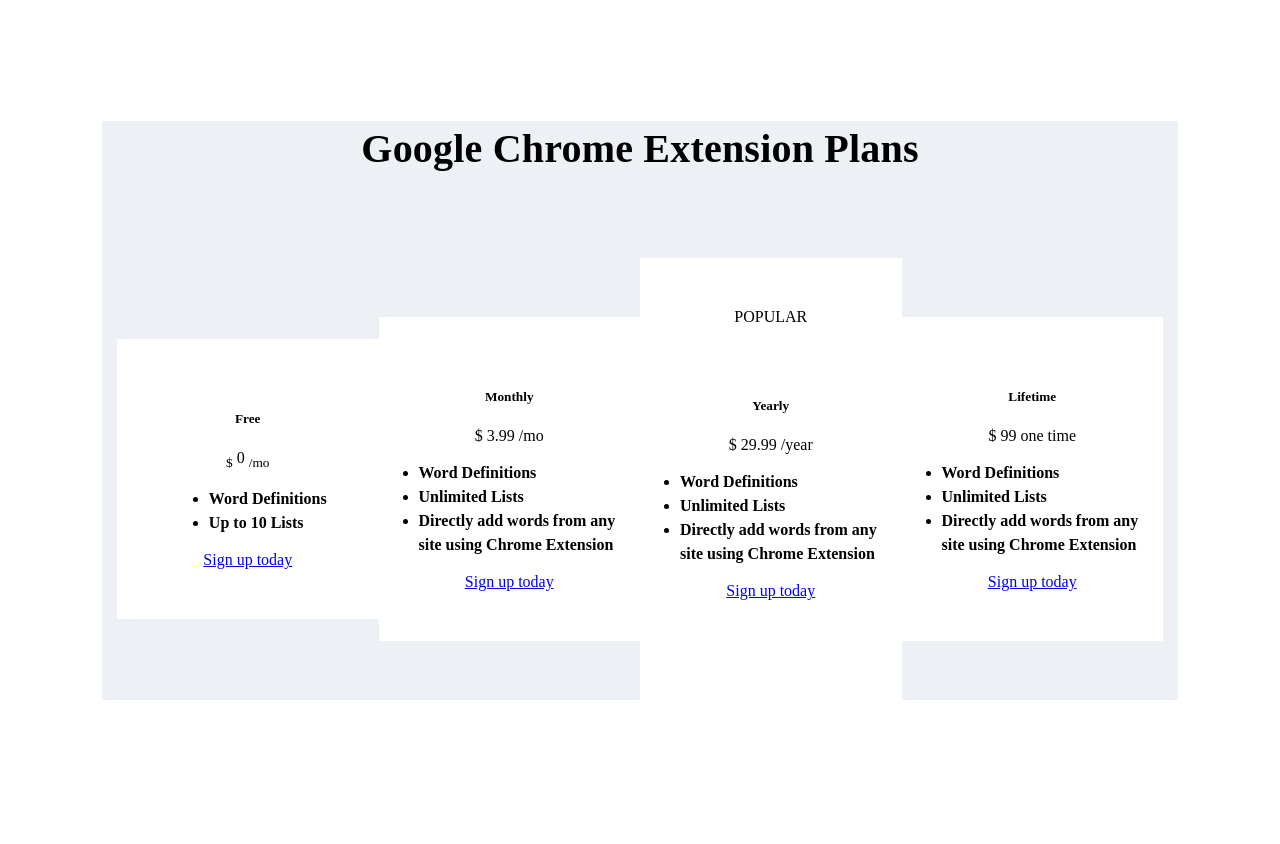
Repository: Novoselets28/chatos-test-task
Page: index.html
These files come from the project's save history. The page is drawn as it stood at one moment and after the next save; the edit follows.
The browser window is 1280 px wide. The pictures show the whole page.

Above is the page before, as saved 2023-04-19 09:27:04.

### index.html
<!DOCTYPE html>
<html lang="en">
<head>
    <meta charset="UTF-8">
    <meta http-equiv="X-UA-Compatible" content="IE=edge">
    <meta name="viewport" content="width=device-width, initial-scale=1.0">
    <link rel="stylesheet" type="text/css" href="index.css" />
    <title>Document</title>
</head>
<body>
    <div class="page__extension extension">
        <div class="extension__container _container">
            <div class="extension__header header-block">
                <h2 class="header-block__title">Google Chrome Extension Plans</h2>
            </div>
            <div class="extension__items">
                <!-- Modern pricing table - Free -->
                <div class="extension__item item-extension">
                        <h5 class="item-extension__title">Free</h5>
                        <div class="item-extension__price price-item">
                            <sub class="price-item__dollar">$</sub>
                            <span class="price-item__number">0</span>
                            <sub class="price-item__label">/mo</sub>
                        </div>
                        <div class="item-extension__points">
                            <ul class="item-extension__point point-list">
                                <li class="point-list__item">
                                    <i class="point-list__icon"></i>
                                        Word Definitions
                                </li>
                                <li class="point-list__item">
                                    <i class="point-list__icon"></i>
                                        Up to 10 Lists
                                </li>
                            </ul>
                        </div>
                        <a href="https://boostvocab.com/register" class="item-extension__button">Sign up today</a>
                </div>
                <!-- END : Modern pricing table - Free -->
                <!-- Modern pricing table - MOnthly -->
                <div class="extension__item item-extension">
                        <h5 class="item-extension__title">Monthly</h5>
                        <div class="item-extension__price price-item">
                            <span class="price-item__dollar">$</span>
                            <span class="price-item__number">3.99</span>
                            <span class="price-item__label">/mo</span>
                        </div>
                        <div class="item-extension__points">
                            <ul class="item-extension__point point-list">
                                <li class="point-list__item">
                                    <i class="point-list__icon"></i>
                                        Word Definitions
                                </li>
                                <li class="point-list__item">
                                    <i class="point-list__icon"></i>
                                        Unlimited Lists
                                </li>
                                <li class="point-list__item">
                                    <i class="point-list__icon"></i>
                                        Directly add words from any site using Chrome Extension
                                </li>
                            </ul>
                        </div>
                        <a target="new" href="https://buy.stripe.com/5kAdRpbLh3k71RS6oo" class="item-extension__button">Sign up today</a>
                </div>
                <!-- END : Modern pricing table - Monthly -->
                <!-- Modern pricing table - Yearly -->
                <div class="extension__item item-extension" style="z-index: 2;">
                        <div class="ribbon"><span>POPULAR</span></div>
                        <div class="extension__item item-extension">
                            <h5 class="item-extension__title">Yearly</h5>
                            <div class="item-extension__price price-item">
                                <span class="price-item__dollar">$</span>
                                <span class="price-item__number">29.99</span>
                                <span class="price-item__label">/year</span>
                            </div>
                            <div class="item-extension__points">
                               <ul class="item-extension__point point-list">
                                    <li class="point-list__item">
                                        <i class="point-list__icon"></i>
                                            Word Definitions
                                    </li>
                                    <li class="point-list__item">
                                        <i class="point-list__icon"></i>
                                            Unlimited Lists
                                    </li>
                                    <li class="point-list__item">
                                        <i class="point-list__icon"></i>
                                            Directly add words from any site using Chrome Extension
                                    </li>
                                </ul>
                            </div>
                            <a target="new" href="https://buy.stripe.com/aEU6oX3eL6wjdAA7st" class="item-extension__button">Sign up today</a>
                        </div>
                </div>
                <!-- END : Modern pricing table - Yearly -->
                <!-- Modern pricing table - Lifetime -->
                <div class="extension__item item-extension">
                        <h5 class="item-extension__title">Lifetime</h5>
                        <div class="item-extension__price price-item">
                            <span class="price-item__dollar">$</span>
                            <span class="price-item__number">99</span>
                            <span class="price-item__label">one time</span>
                        </div>
                        <div class="item-extension__points">
                            <ul class="item-extension__point point-list">
                                <li class="point-list__item">
                                    <i class="point-list__icon"></i>
                                        Word Definitions
                                </li>
                                <li class="point-list__item">
                                    <i class="point-list__icon"></i>
                                        Unlimited Lists
                                </li>
                                <li class="point-list__item">
                                    <i class="point-list__icon"></i>
                                        Directly add words from any site using Chrome Extension
                                </li>
                            </ul>
                        </div>
                        <a target="new" href="https://buy.stripe.com/4gwfZxbLh8Er54428a" class="item-extension__button">Sign up today</a>
                    <!-- END : Modern pricing table - Lifetime -->

                </div>
            </div>
        </div>
    </div>
</body>
</html>

### index.css
.page__extension {

}

.extension{
    padding: 80px 0px 136px 0px;
}

.extension__container{
    background-color: #edf0f5;
}

._container{
    max-width: 1046px;
    padding: 0 15px;
    margin: 0 auto;
    box-sizing: content-box;
}

.extension__header{
    margin: 0 0 80px 0;
}

.header-block{
    text-align: center;
    letter-spacing: 0.2px;
}

.header-block__title{
    font-size: 40px;
    font-weight: 700;
    line-height: 142%;
}

.extension__items{
    display: flex;
    align-items: center;
}

.extension__item{
    flex: 0 1 33.333%;
}

.item-extension{
    display: flex;
    flex-direction: column;
    justify-content: center;
    align-items: center;
    background-color: #fff;
    padding: 50px 0;
}

.item-extension__title{

}

.tem-extension__price{

}

.price-item{

}

.price-item__dollar{

}

.price-item__number{

}

.price-item__label{

}

.item-extension__points{
    display: flex;
    flex-direction: column;
    justify-content: center;
    align-items: center;
}

.item-extension__point{
    color: inherit;
    font-weight: 600;
    line-height: 150%;
    font-size: 16px;
}

.point-list{

}

.point-list__item{

}

.point-list__icon{

}

.item-extension__button{

}

After the next save:
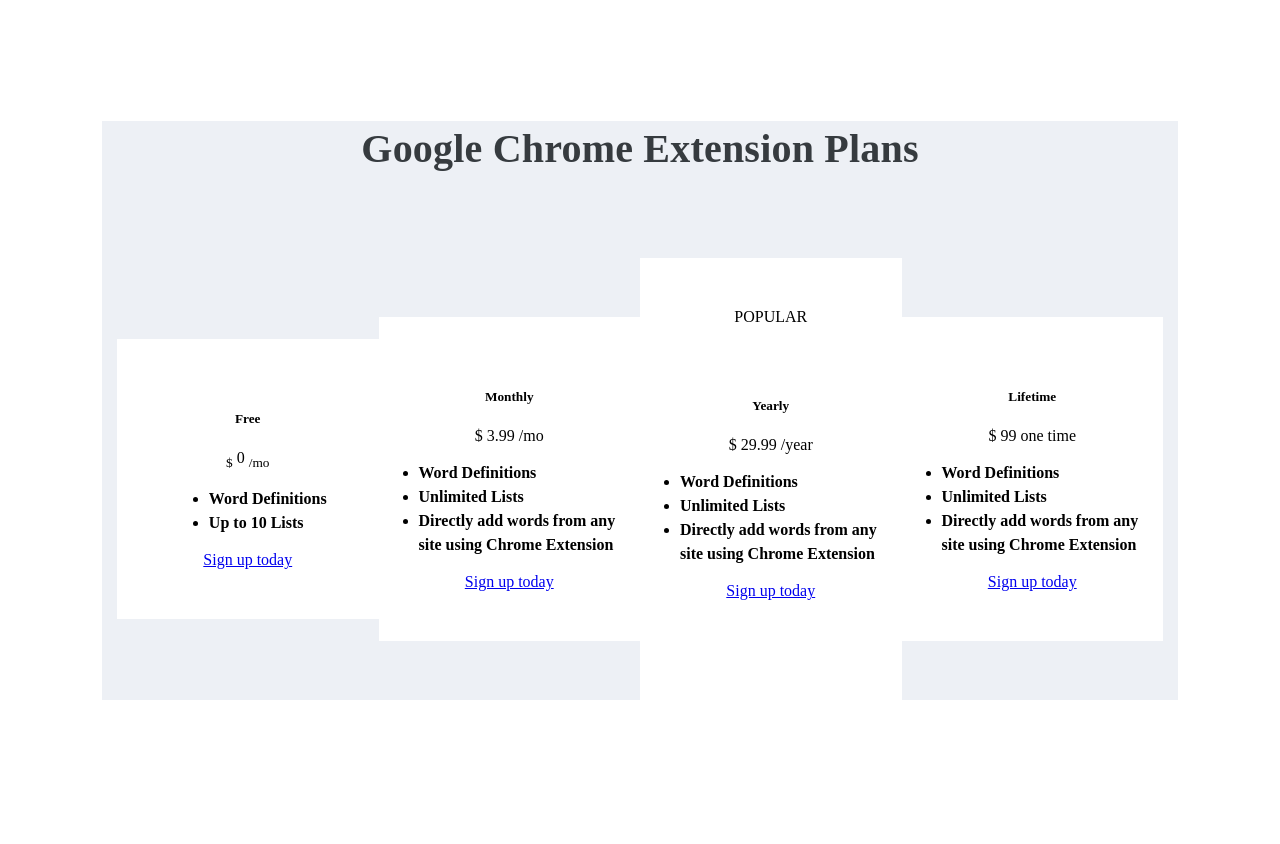
Saved 71 s later.
--- a/index.css
+++ b/index.css
@@ -30,6 +30,7 @@
     font-size: 40px;
     font-weight: 700;
     line-height: 142%;
+    color: #363b3f;
 }
 
 .extension__items{
